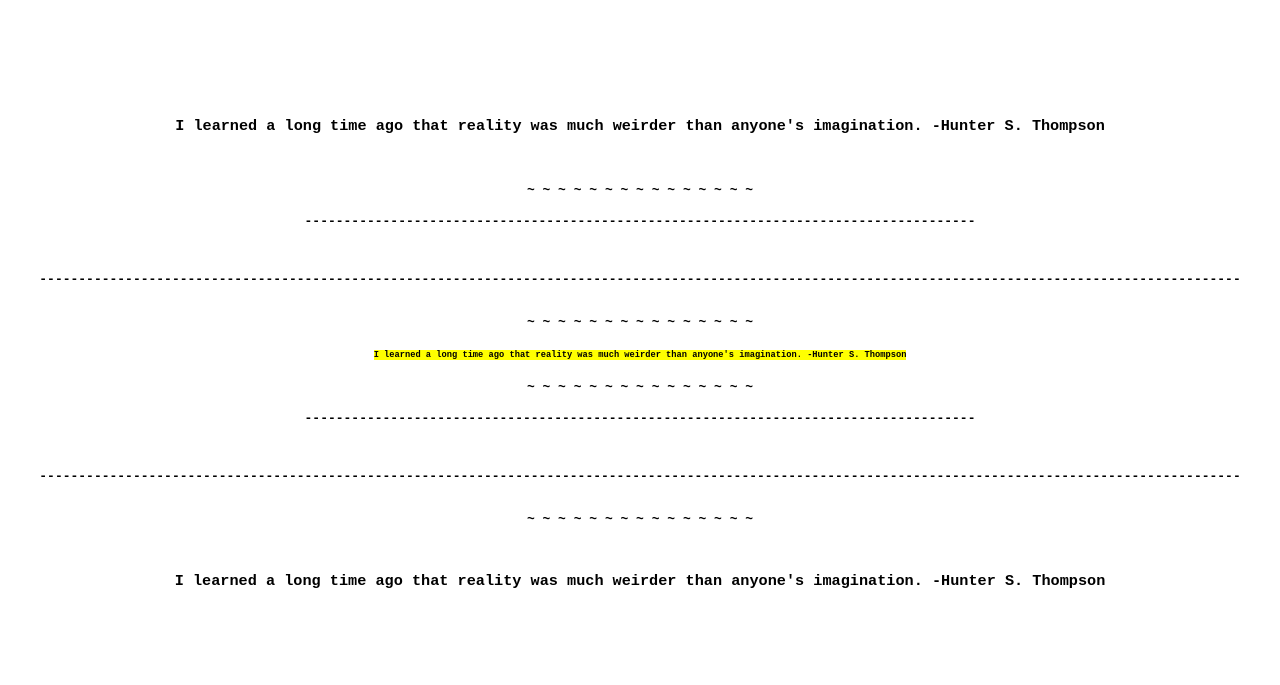
Repository: penas326/penas326.github.io
Page: composition/index.html
The author's editor kept a record of every edit. The page is drawn from the files as they stood at one moment, then again after the next edit.
The browser window is 1280 px wide. The pictures show the whole page.

Above is the page before.

After the next edit:
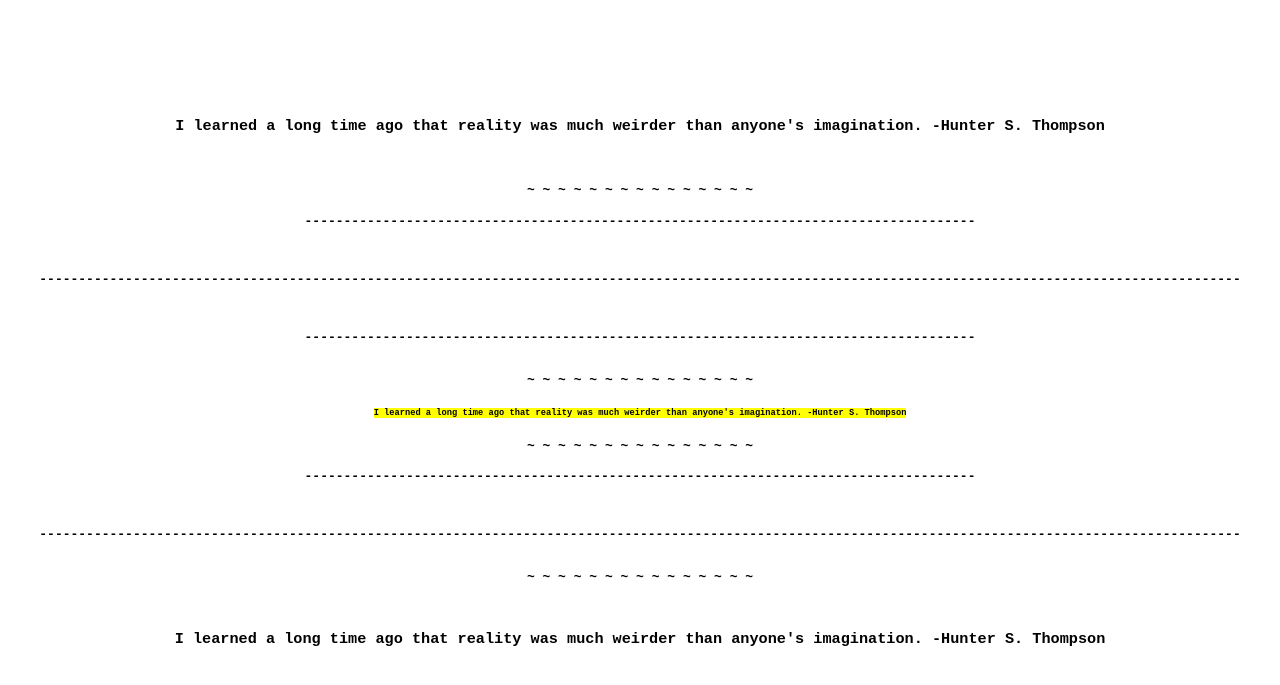
The edit:
--- a/composition/index.html
+++ b/composition/index.html
@@ -19,6 +19,8 @@
         <br>
         <h3 align="center"></h3><code>----------------------------------------------------------------------------------------------------------------------------------------------------------</p>
         <br>
+         <h3 align="center"></h3><code>--------------------------------------------------------------------------------------</p>
+         <br>
         <strong>~ ~ ~ ~ ~ ~ ~ ~ ~ ~ ~ ~ ~ ~ ~</strong>
         </center>
          </head>
